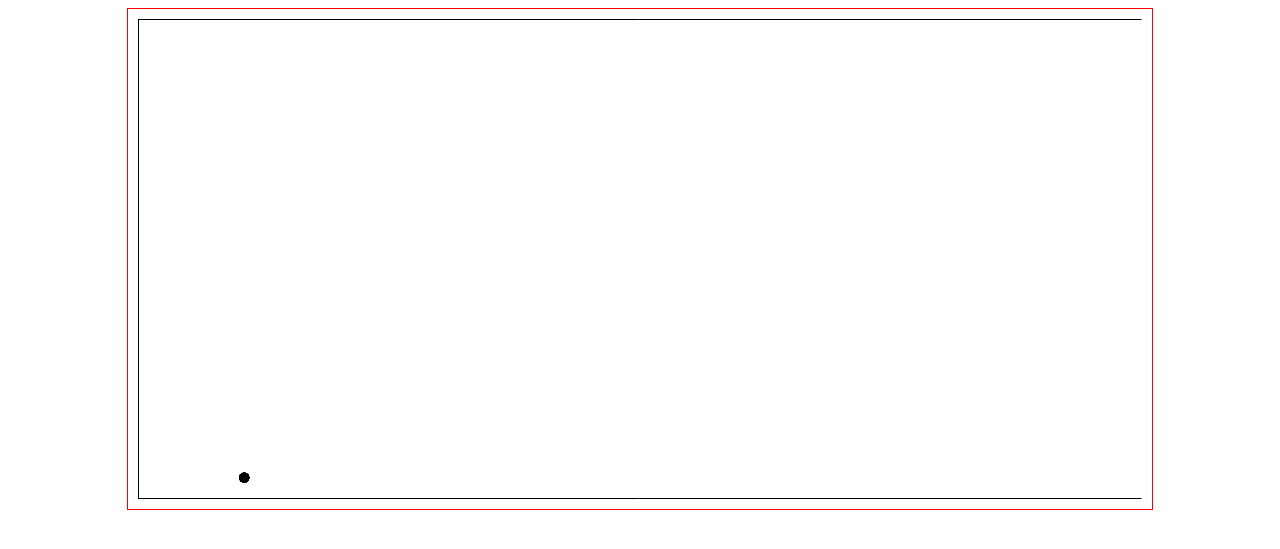
Repository: cw19931024/Demo
Page: canvas.html
The author's editor kept a copy of each file at every save. The page is drawn from the files as they stood at one save, then again after the next save.
The browser window is 1280 px wide. The pictures show the whole page.

Above is the page before, as saved 2017-07-27 11:31:02.

### canvas.html
<!DOCTYPE html>
<html lang="en">

<head>
    <title></title>
    <meta charset="UTF-8">
    <meta name="viewport" context="width=device-width, initial-scale=1">
    <style>
        canvas {
            margin: 0 auto;
            border: 1px solid red;
            width: 1024px;
            height: 500px;
        }

        .tac {
            text-align: center;
        }
    </style>
</head>

<body>
    <div class="tac">
        <canvas id="canvas" width="1024" height="500"></canvas>
    </div>
</body>
<script>
    var data = [
        [96.24, 11.35],
        [33.09, 85.11],
        [57.60, 36.61],
        [36.77, 27.26],
        [20.10, 6.72],
        [45.53, 36.37],
        [110.07, 80.13],
        [72.05, 20.88],
        [39.82, 37.15],
        [48.05, 70.50],
        [0.85, 2.57],
        [51.66, 63.70],
        [61.07, 127.13],
        [64.54, 33.59],
        [35.50, 25.01],
        [226.55, 664.02],
        [188.60, 175.31],
        [81.31, 108.68]
    ];

    var canvas = document.getElementById('canvas');
    var context = canvas.getContext('2d');
    var width = canvas.width;
    var height = canvas.height;
    var padding = 10;

    context.beginPath();
    Edit('moveTo',[padding + 0.5, height - padding - 0.5]);
    Edit('lineTo',[padding + 0.5,padding + 0.5]);
    Edit('moveTo',[padding,height-padding-0.5]);
    Edit('lineTo',[width-padding-0.5,height-padding-0.5]);
    Edit('moveTo',[padding,padding + 0.5]);
    Edit('lineTo',[width - padding - 0.5,padding + 0.5]);
    context.stroke();

    data.sort().forEach(function(e){
        context.beginPath();
        context.arc(96.24+20,(height-11.25-20),5, 0, Math.PI*2, true);
        context.fillStyle = "#000000";
        context.fill();
    })

    function Edit(type,data){
       if(data.length==2){
           return context[type](data[0],data[1])
       }else{
           return context[type](data[0],data[1],data[2],data[3],data[4],data[5])
       }
    }
</script>

</html>

After the next save:
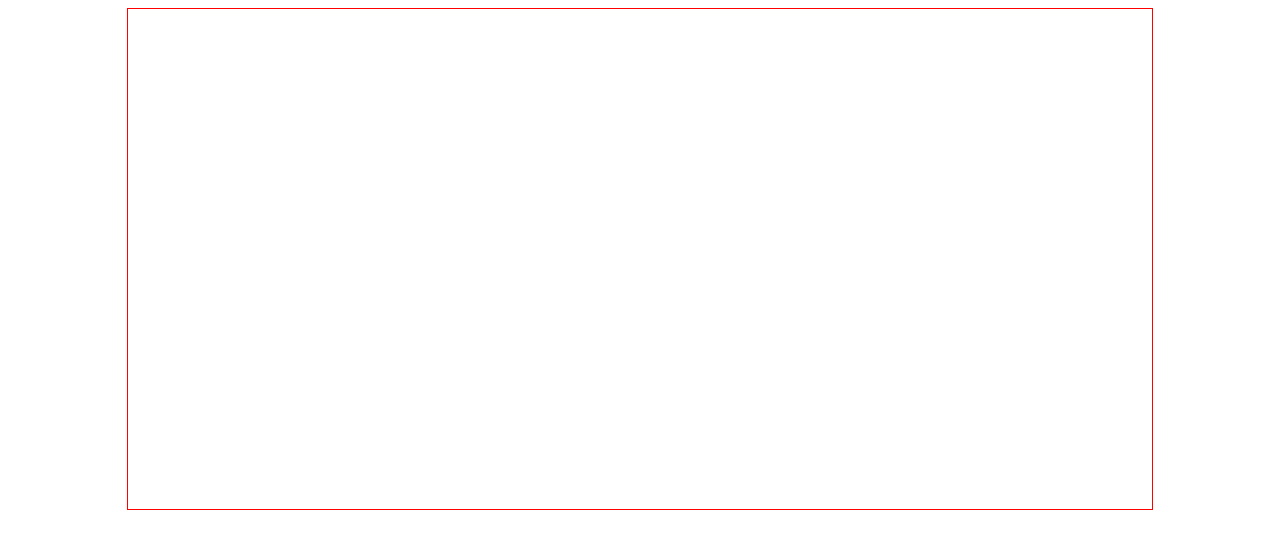
Console error: SyntaxError: Unexpected token ','
Saved 15 s later.
--- a/canvas.html
+++ b/canvas.html
@@ -63,7 +63,7 @@
 
     data.sort().forEach(function(e){
         context.beginPath();
-        context.arc(96.24+20,(height-11.25-20),5, 0, Math.PI*2, true);
+        context.arc(,5, 0, Math.PI*2, true);
         context.fillStyle = "#000000";
         context.fill();
     })

After the save that followed:
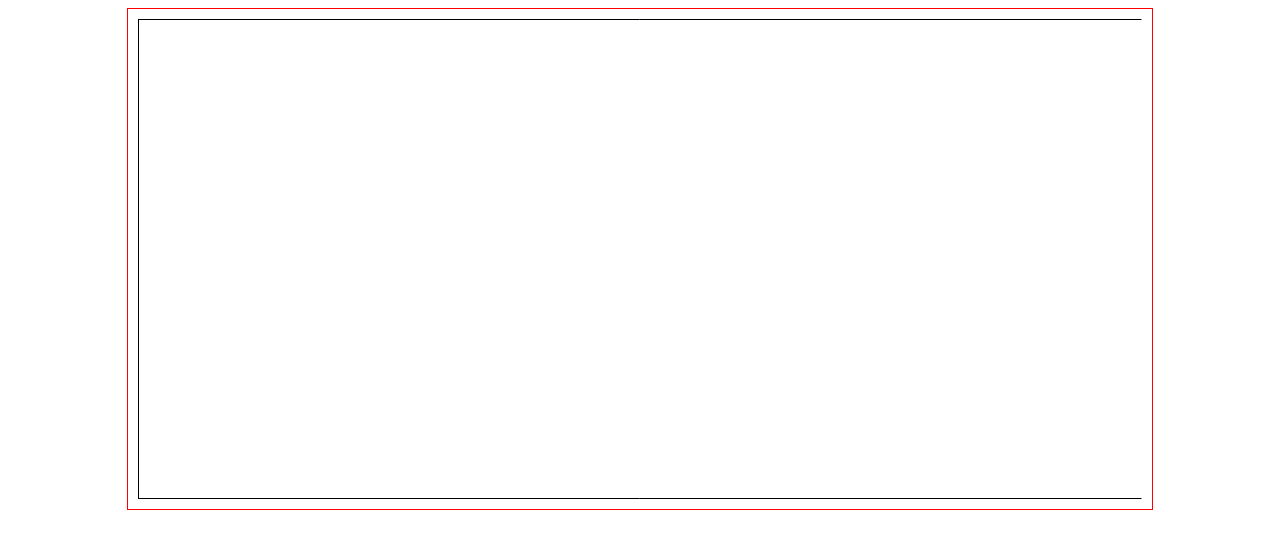
The error is gone.
Saved 37 s later.
--- a/canvas.html
+++ b/canvas.html
@@ -63,7 +63,7 @@
 
     data.sort().forEach(function(e){
         context.beginPath();
-        context.arc(,5, 0, Math.PI*2, true);
+        context.arc((e[0]+20,height-e[1]-20),5, 0, Math.PI*2, true);
         context.fillStyle = "#000000";
         context.fill();
     })
